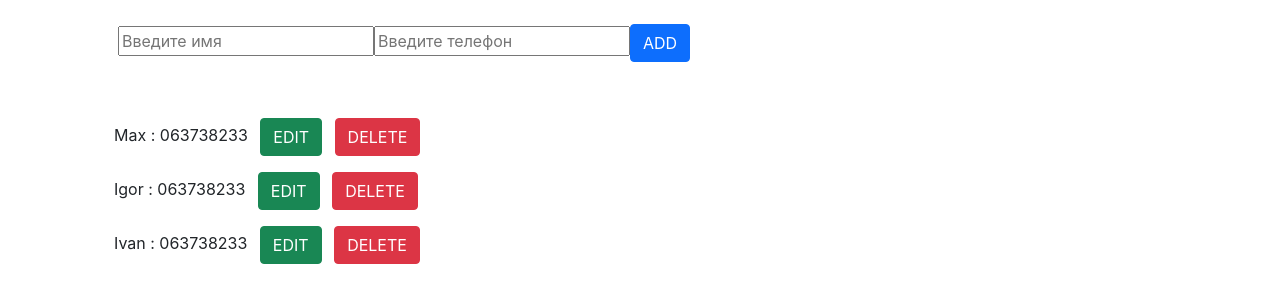
Repository: tsydikov/phone_book
Page: /
These files come from the project's save history. The page is drawn as it stood at one moment and after the next save; the edit follows.
The browser window is 1280 px wide. The pictures show the whole page.
The project was rebuilt for these pictures with package versions that can differ from the ones it lists, and the page was loaded fresh each time. Also part of the build but not shown: src/App.css, src/components/Update.jsx.

Above is the page before, as saved 2021-10-07 22:13:59.

### public/index.html
<!DOCTYPE html>
<html lang="en">
  <head>
    <meta charset="utf-8" />
    <meta name="viewport" content="width=device-width, initial-scale=1" />
    <meta name="theme-color" content="#000000" />
    <link
      rel="stylesheet"
      href="https://cdn.jsdelivr.net/npm/bootstrap@5.1.1/dist/css/bootstrap.min.css"
      integrity="sha384-F3w7mX95PdgyTmZZMECAngseQB83DfGTowi0iMjiWaeVhAn4FJkqJByhZMI3AhiU"
      crossorigin="anonymous"
    />
    <title>Briz test</title>
  </head>
  <body>
    <noscript>You need to enable JavaScript to run this app.</noscript>
    <div id="root"></div>
  </body>
</html>

### src/index.js
import React from "react";
import ReactDOM from "react-dom";
import "./index.css";
import App from "./App";
import { Provider } from "react-redux";
import { store } from "./store/reducer";

ReactDOM.render(
  <Provider store={store}>
    <App />
  </Provider>,
  document.getElementById("root")
);

### src/App.js
import React from "react";
import { Col, Container, Row } from "react-bootstrap";
import "./App.css";
import Form from "./components/Form";
import PhoneList from "./components/PhoneList";

function App() {
  return (
    <Container>
      <Row>
        <Col className="p-4">
          <Form />
        </Col>
      </Row>
      <Row>
        <Col className="p-4">
          <PhoneList />
        </Col>
      </Row>
    </Container>
  );
}

export default App;

### src/store/reducer.js
import { createStore } from "redux";
import { CREATE, DELETE, UPDATE } from "./types";

const defaultState = {
  phoneBook: [
    { id: 1, name: "Max", phoneNamber: "063738233" },
    { id: 2, name: "Igor", phoneNamber: "063738233" },
    { id: 3, name: "Ivan", phoneNamber: "063738233" },
  ],
};

const reducer = (state = defaultState, action) => {
  switch (action.type) {
    case CREATE:
      return { ...state, phoneBook: [...state.phoneBook, action.payload] };
    case DELETE:
      return {
        ...state,
        phoneBook: state.phoneBook.filter(
          (phone) => phone.id !== action.payload
        ),
      };
    case UPDATE:
      return {
        ...state,
        phoneBook: state.phoneBook.map((item) => {
          if (item.id === action.payload.id) {
            return {
              ...item,
              ...action.payload,
            };
          } else {
            return item;
          }
        }),
      };
    default:
      return state;
  }
};

export const store = createStore(reducer);

### src/components/Form.jsx
import React, { useState } from "react";
import { Button, Container } from "react-bootstrap";
import { useDispatch } from "react-redux";
import { addItem } from "../store/actions";

const Form = () => {
  const [name, setName] = useState("");
  const [phone, setPhone] = useState("");
  const dispatch = useDispatch();
  const addNewPhoneBookItem = () => {
    const newItem = {
      id: Date.now(),
      name: name,
      phoneNamber: phone,
    };
    if (name && phone) {
      dispatch(addItem(newItem));
      setName("");
      setPhone("");
    } else alert("поле имя и телефон должно быть заполнено");
  };
  return (
    <Container>
      <input
        type="text"
        value={name}
        placeholder="Введите имя"
        onChange={(e) => setName(e.target.value)}
      />
      <input
        type="text"
        value={phone}
        placeholder="Введите телефон"
        onChange={(e) => setPhone(e.target.value)}
      />
      <Button onClick={addNewPhoneBookItem}>ADD</Button>
    </Container>
  );
};

export default Form;

### src/components/PhoneList.jsx
import React, { useState } from "react";
import { useSelector } from "react-redux";
import PhoneItem from "./PhoneItem";
import Update from "./Update";

const PhoneList = () => {
  const [editItemActive, setEditItemActive] = useState(null);
  const phoneBook = useSelector((state) => state.phoneBook);
  const editPhoneBookItem = (id) => {
    setEditItemActive(id);
  };
  return (
    <div>
      {editItemActive ? (
        <Update
          key={editItemActive}
          updateId={editItemActive}
          update={setEditItemActive}
        />
      ) : (
        phoneBook.map((phone) => (
          <PhoneItem
            key={phone.id}
            phone={phone}
            editItem={editPhoneBookItem}
          />
        ))
      )}
    </div>
  );
};

export default PhoneList;

### src/store/types.js
export const CREATE = "CREATE";
export const UPDATE = "UPDATE";
export const DELETE = "DELETE";

### src/store/actions.js
import { CREATE, DELETE, UPDATE } from "./types";

export const addItem = (item) => ({ type: CREATE, payload: item });
export const deleteItem = (id) => ({ type: DELETE, payload: id });
export const updateItem = (item) => ({ type: UPDATE, payload: item });

### src/components/PhoneItem.jsx
import React from "react";
import { Button, Col, Container, Row } from "react-bootstrap";
import { useDispatch } from "react-redux";
import { deleteItem } from "../store/actions";

const PhoneItem = ({ phone, editItem }) => {
  const dispatch = useDispatch();
  const deletePhoneBookItem = () => {
    dispatch(deleteItem(phone.id));
  };
  return (
    <Container>
      <Row>
        <Col className="p-2">
          {phone.name} : {phone.phoneNamber}{" "}
          <Button variant="success" className="mx-2" onClick={() => editItem(phone.id)}>
            EDIT
          </Button>{" "}
          <Button variant="danger" onClick={deletePhoneBookItem}>
            DELETE
          </Button>
        </Col>
      </Row>
    </Container>
  );
};

export default PhoneItem;

Loaded but not shown: src/index.css (common file)

After the next save:
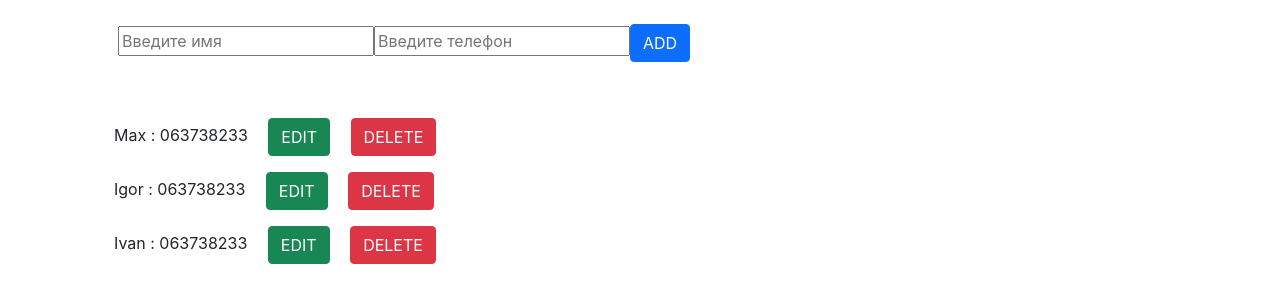
Saved 9 s later.
--- a/src/components/PhoneItem.jsx
+++ b/src/components/PhoneItem.jsx
@@ -13,7 +13,7 @@ const PhoneItem = ({ phone, editItem }) => {
       <Row>
         <Col className="p-2">
           {phone.name} : {phone.phoneNamber}{" "}
-          <Button variant="success" className="mx-2" onClick={() => editItem(phone.id)}>
+          <Button variant="success" className="mx-3" onClick={() => editItem(phone.id)}>
             EDIT
           </Button>{" "}
           <Button variant="danger" onClick={deletePhoneBookItem}>
